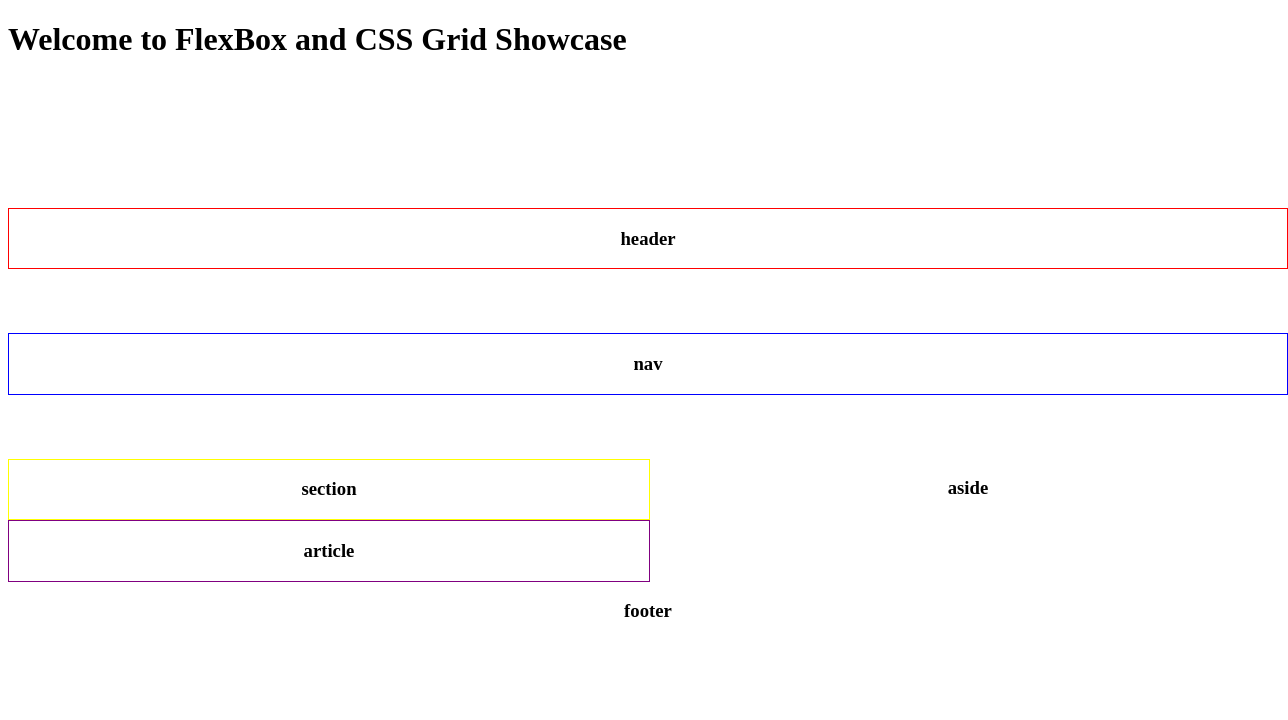
Repository: Awhit-commits/CSS_GRID_AND_FLEXBOX_LESSON
Page: index.html
These files come from the project's save history. The page is drawn as it stood at one moment and after the next save; the edit follows.
The browser window is 1280 px wide. The page is 1288 px wide, so the pictures cover 1288 px, including what lies to the right of the window. The pictures show the whole page.

Above is the page before, as saved 2020-12-21 18:32:09.

After the next save:
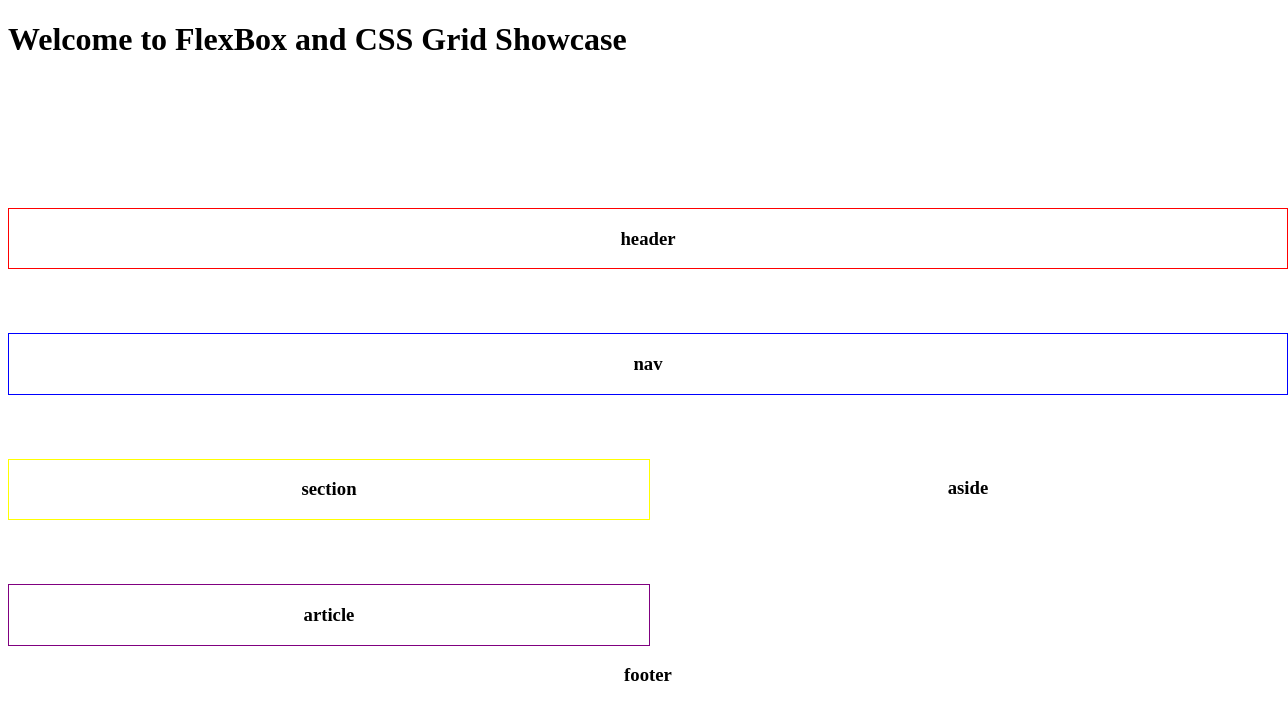
Saved 7 s later.
--- a/style.css
+++ b/style.css
@@ -70,7 +70,7 @@ body{
 .section{
     width: 100%;
     border: 1px yellow solid;
-
+    margin-bottom: 10%;
 }
 
 .footer{
